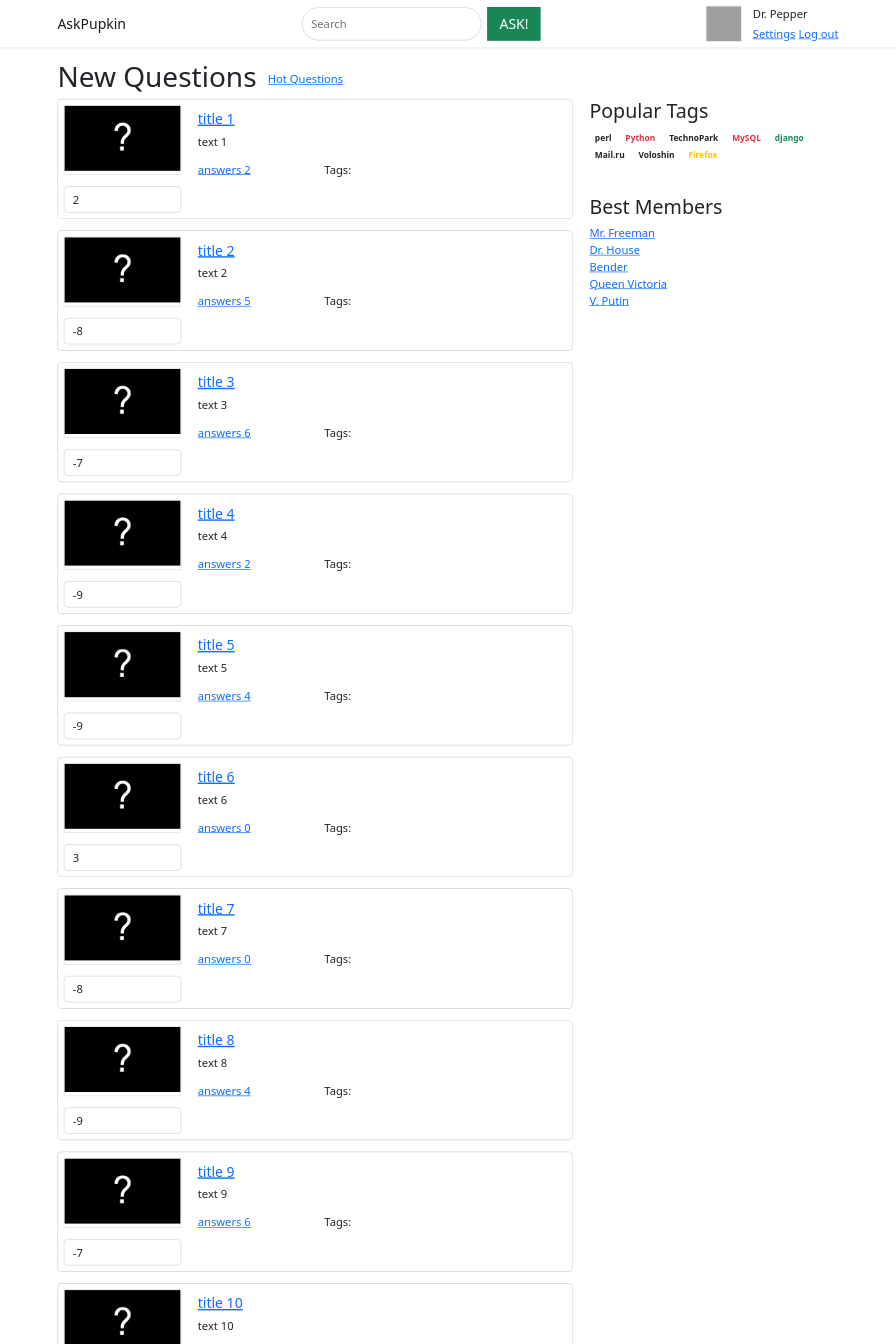
Repository: MiniDan21/askme_molchanov_django
Page: http://localhost/
These files come from the project's save history. The page is drawn as it stood at one moment and after the next save; the edit follows.
The browser window is 1280 px wide. The pictures show the part of the page from y = 0 to 1920 px (the page is 5703 px tall), at 70% of full size.
Pictures or frames that could not be fetched are drawn as grey boxes. The page is served by the project's application, run on Django 5.2 (manage.py).

Above is the page before, as saved 2024-04-09 12:18:51.

After the next save:
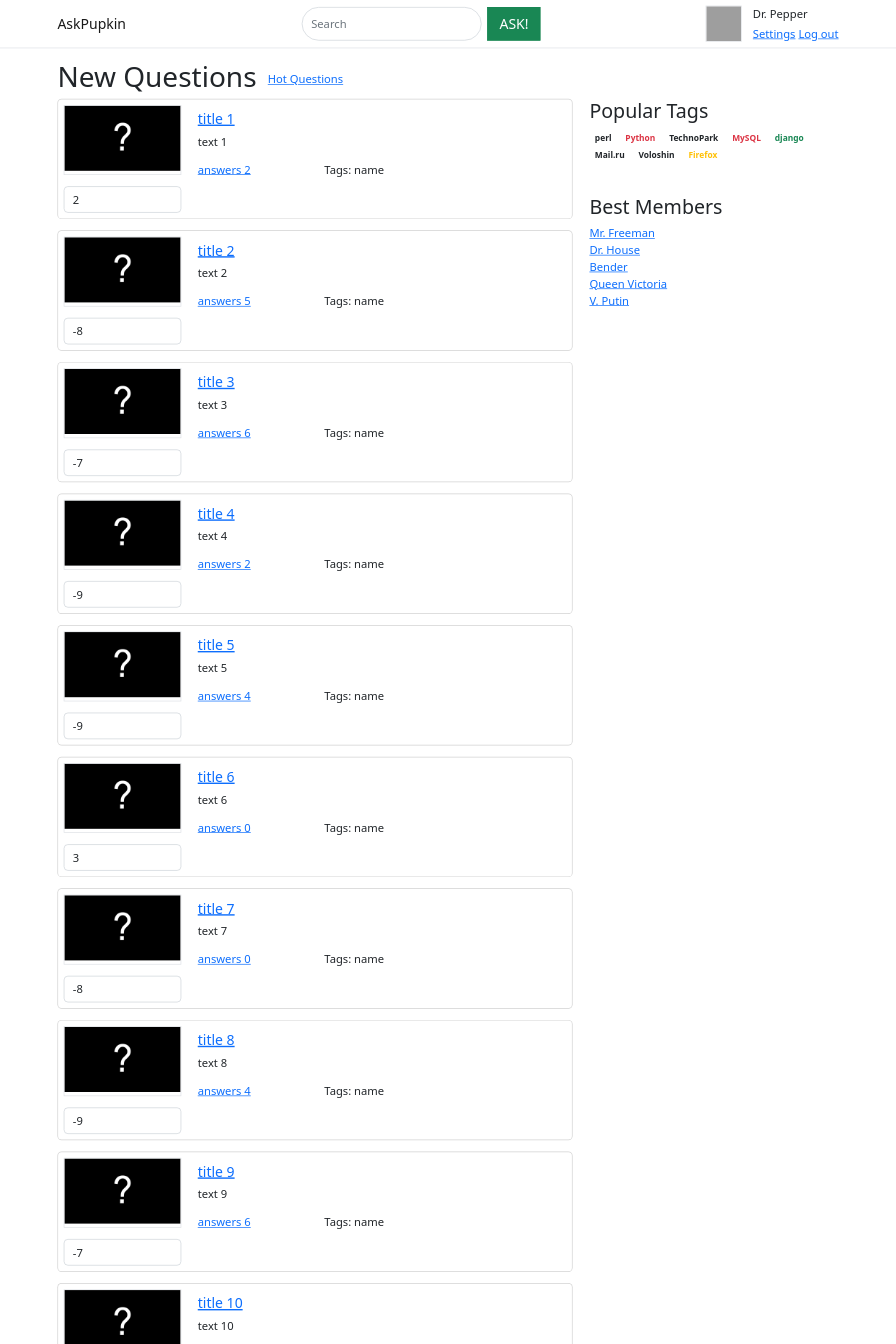
Saved 43 s later.
--- a/templates/index.html
+++ b/templates/index.html
@@ -102,8 +102,8 @@
                     <div class="col-8">
                       <span>Tags:</span>
                       {% for tag in question.tags %}
-                        <a href="#">{{ tag.name }}</a>
-                        {{ tag.name }}
+
+                        {{ tag }}
                       {% endfor %}
                     </div>
                   </div>

After the save that followed:
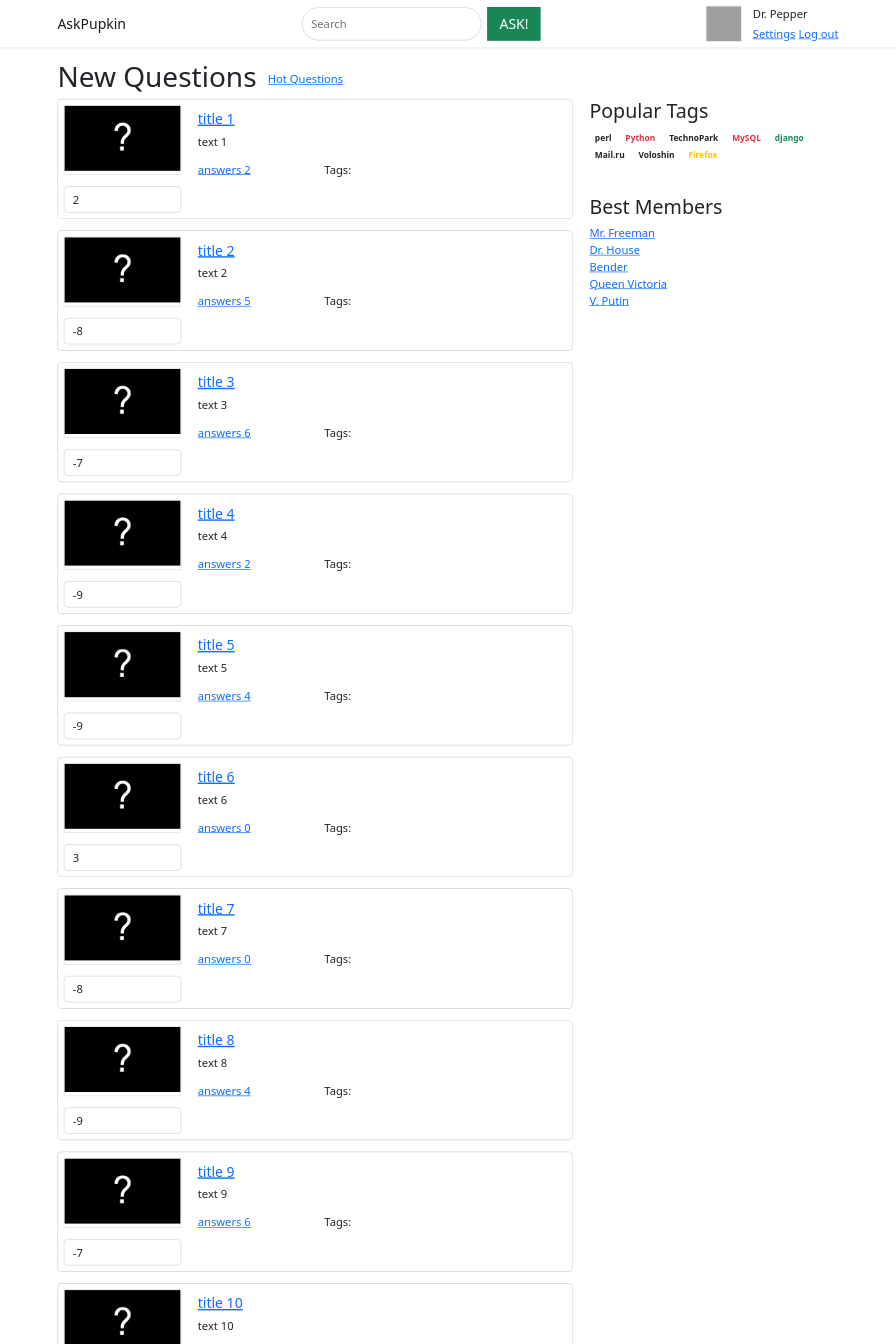
Saved 42 s later.
--- a/templates/index.html
+++ b/templates/index.html
@@ -103,7 +103,7 @@
                       <span>Tags:</span>
                       {% for tag in question.tags %}
 
-                        {{ tag }}
+                        {{ tag.name }}
                       {% endfor %}
                     </div>
                   </div>
